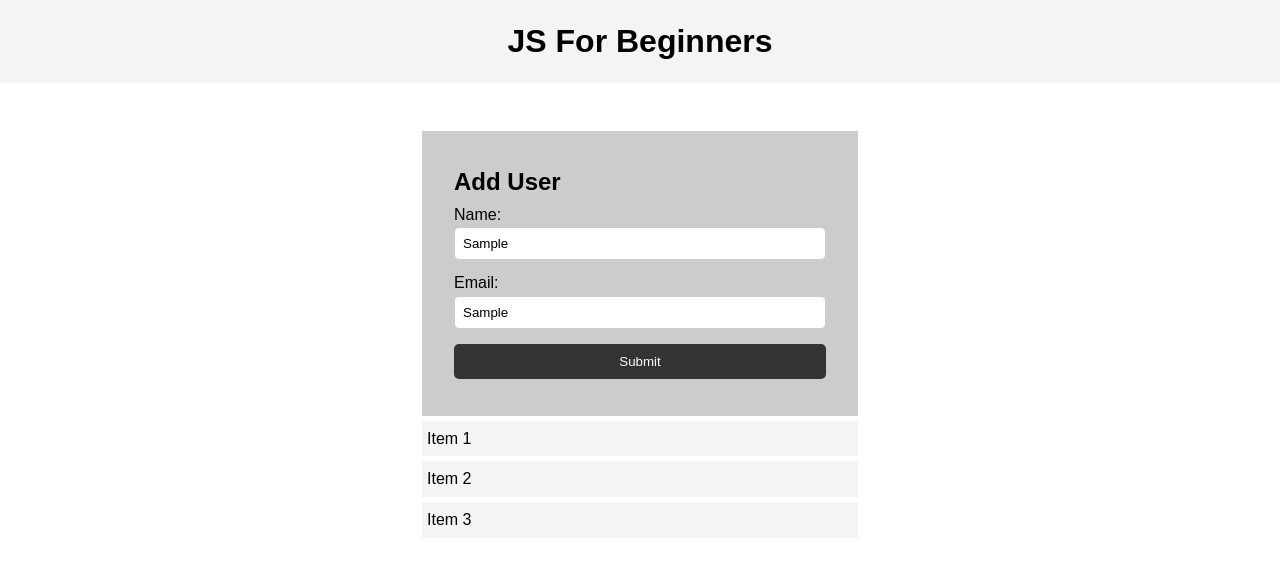
Repository: balkisys/FormationFullStackJS
Page: index.html
The author's editor kept a copy of each file at every save. The page is drawn from the files as they stood at one save, then again after the next save.
The browser window is 1280 px wide. The pictures show the whole page.
Empty fields were first filled with sample values (such as "Sample", 5 or name@example.com).
After loading, the first visible `input.btn` was clicked once.

Above is the page before, as saved 2021-03-20 08:04:58.

After the next save:
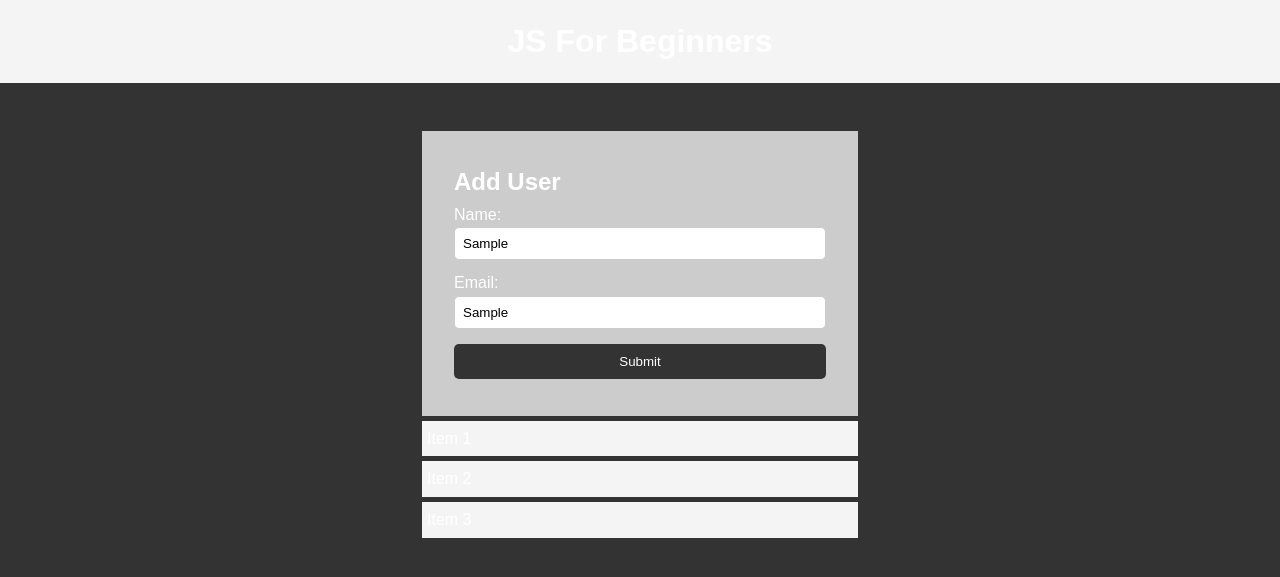
Saved 65 s later.
--- a/test.js
+++ b/test.js
@@ -281,7 +281,7 @@ btn.addEventListener('click', (e) => {
     //console.log(e.target.className); // give you the class else we can have the id : e.target.id
     document.querySelector('#my-form').style.background = '#ccc';
     // we can add a class
-    document.querySelector('body').classList
+    document.querySelector('body').classList.add('bg-dark');
 
 
 
